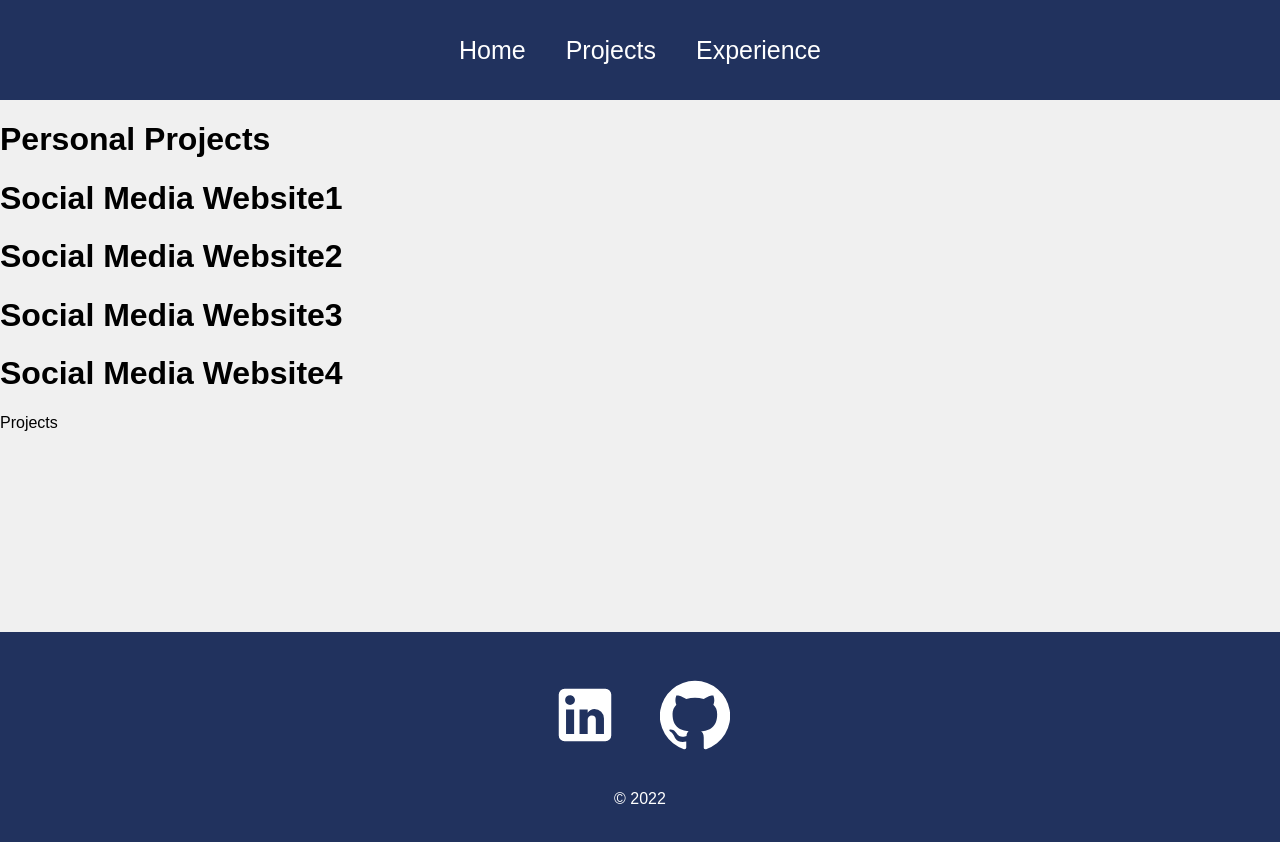
Repository: mireu-san/jw-personal-page
Page: /projects
An editor plug-in stored every save of this project. The page is shown before and after the next save, followed by the edit.
The browser window is 1280 px wide. The pictures show the whole page.
The project was rebuilt for these pictures with package versions that can differ from the ones it lists, and the page was loaded fresh each time. Also part of the build but not shown: src/styles/Home.css, src/pages/Home.js, src/pages/Experience.js, src/styles/Project.css.

Above is the page before, as saved 2022-11-09 17:51:59.

### src/App.js
import "./App.css";
import { BrowserRouter as Router, Routes, Route } from "react-router-dom";
import Home from "./pages/Home";
import Experience from "./pages/Experience";
import Projects from "./pages/Projects";
import Navbar from "./components/Navbar";
import Footer from "./components/Footer";

function App() {
  return (
    <div className="App">
      <Router>
        {/* #1 차이점? */}
        <Navbar />
        <Routes>
          <Route path="/" element={<Home />} />
          <Route path="/projects" element={<Projects />} />
          <Route path="/experience" element={<Experience />} />
        </Routes>
        <Footer />
      </Router>
    </div>
  );
}

export default App;

### src/App.css
/* recommended default setting */
/* .App {
  text-align: center;
}

body {
  padding: 0;
  margin: 0;
} */


/* end of recommended default setting */

.App {
  width: 100%;
  height: auto;
  display: flex;
  flex-direction: column;
  font-family: Arial, Helvetica, sans-serif;
  background-color: #f0f0f0;
}

body {
  padding: 0;
  margin: 0;
}

### src/pages/Projects.js
import React from "react";
import ProjectItem from "../components/ProjectItem";
import Picture1 from "../assets/picture1.jpg";
import Picture2 from "../assets/picture2.jpg";
import Picture3 from "../assets/picture3.jpg";
import Picture4 from "../assets/picture4.jpg";

import "../styles/Project.css";

function Projects() {
  return (
    <div className="projects">
      <h1>Personal Projects</h1>
      <div className="projectList">
        <ProjectItem name="Social Media Website1" image={Picture1} />
        <ProjectItem name="Social Media Website2" image={Picture2} />
        <ProjectItem name="Social Media Website3" image={Picture3} />
        <ProjectItem name="Social Media Website4" image={Picture4} />
      </div>
      Projects
    </div>
  );
}

export default Projects;

### src/components/Navbar.js
import React, { useEffect, useState } from "react";
import { Link, useLocation } from "react-router-dom";
import "../styles/Navbar.css";
import ReorderIcon from "@material-ui/icons/Reorder";

function Navbar() {
  const [expandNavbar, setExpandNavbar] = useState(false);

  // to let it close when user click mobile menu category
  const location = useLocation();

  useEffect(() => {
    setExpandNavbar(false);
  }, [location]);

  return (
    <div className="navbar" id={expandNavbar ? "open" : "close"}>
      <div className="toggleButton">
        {/* toggle button for mobile */}
        <button
          onClick={() => {
            setExpandNavbar((prev) => !prev);
          }}
        >
          <ReorderIcon />
        </button>
      </div>
      <div className="links">
        <Link to="/"> Home </Link>
        <Link to="/projects"> Projects </Link>
        <Link to="/experience"> Experience </Link>
      </div>
    </div>
  );
}

export default Navbar;

### src/components/Footer.js
import React from "react";
import LinkedInIcon from "@material-ui/icons/LinkedIn";
import GithubIcon from "@material-ui/icons/GitHub";
import "../styles/Footer.css";

function Footer() {
  return (
    <div className="footer">
      <div className="socialMedia">
        <LinkedInIcon />
        <GithubIcon />
      </div>
      <p> &copy; 2022 </p>
    </div>
  );
}

export default Footer;

### src/components/ProjectItem.js
import React from "react";

function ProjectItem({ image, name }) {
  return (
    <div className="projectItem">
      <div style={{ backgroundImage: `url(${image})` }} className="bgImage" />
      <h1> {name} </h1>
    </div>
  );
}

export default ProjectItem;

### src/styles/Navbar.css
.navbar {
    width: 100%;
    height: 100px;
    background: #21325e;
  }

  .links {
    width: 100%;
    height: 100%;
    display: flex;
    align-items: center;
    justify-content: center;
    color: white;
  }

  .navbar a {
    color: white;
    text-decoration: none;
    margin: 20px;
    font-size: 25px;
  }

  .toggleButton {
    width: 100%;
    height: 100px;
    display: flex;
    align-items: center;
    justify-content: flex-end;
  }

  .toggleButton svg {
    font-size: 50px;
  }

  /* toggle button for mobile */
  .toggleButton button {
    margin-right: 20px;
    background-color: transparent;
    border: none;
    color: white;
    cursor: pointer;
  }

  #open {
    height: 100vh;
  }

  #open .links {
    flex-direction: column;
    justify-content: flex-start;
    margin-top: 100px;
  }

  #open a {
    width: 100%;
    text-align: center;
  }

  @media only screen and (max-width: 900px) {
    .navbar a {
      width: 70px;
    }
  }

  @media only screen and (max-width: 600px) {
    .toggleButton {
      display: flex;
    }
    #close a {
      display: none;
    }
  }

  @media only screen and (min-width: 600px) {
    .toggleButton {
      display: none;
    }

    .hiddenLinks {
      display: none;
    }

    #open {
      height: 100px;
    }

    #open .links {
      flex-direction: row;
    }
  }

Loaded but not shown: public/index.html (common file); src/index.js (common file); src/reportWebVitals.js (common file); src/styles/Footer.css (common file)

After the next save:
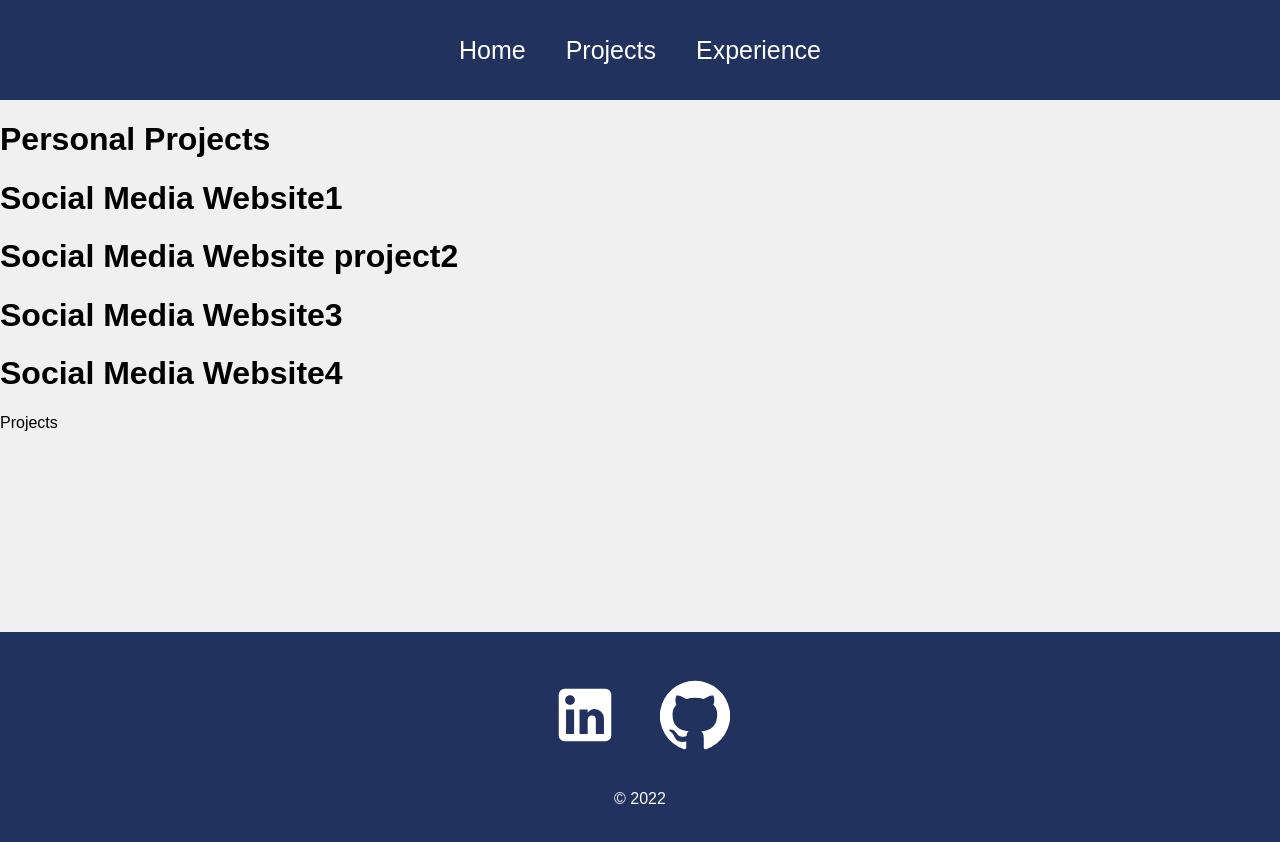
Saved 91 s later.
--- a/src/pages/Projects.js
+++ b/src/pages/Projects.js
@@ -13,7 +13,7 @@ function Projects() {
       <h1>Personal Projects</h1>
       <div className="projectList">
         <ProjectItem name="Social Media Website1" image={Picture1} />
-        <ProjectItem name="Social Media Website2" image={Picture2} />
+        <ProjectItem name="Social Media Website project2" image={Picture2} />
         <ProjectItem name="Social Media Website3" image={Picture3} />
         <ProjectItem name="Social Media Website4" image={Picture4} />
       </div>
